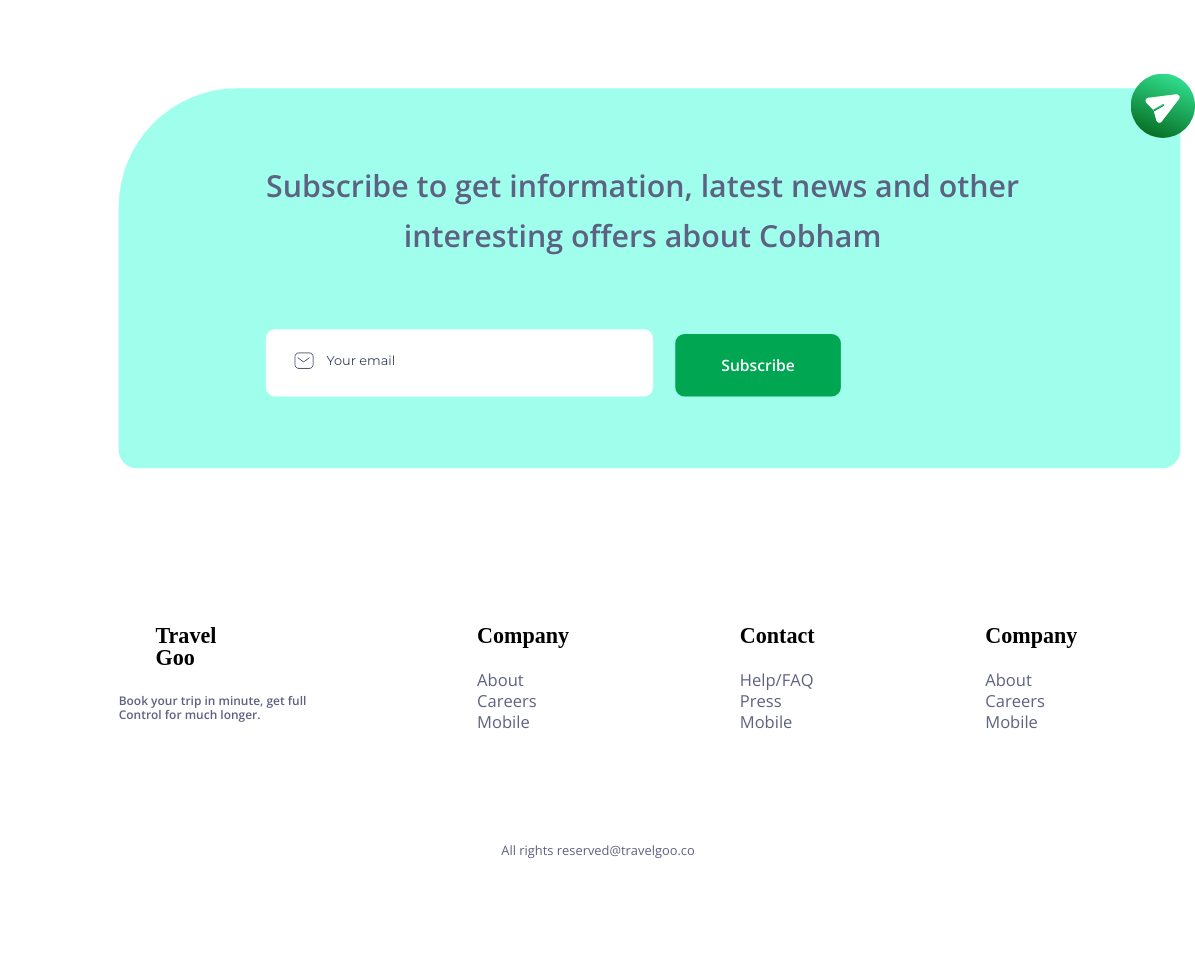
Repository: HeybetzadeQedim/task-5
Page: index.html
These files come from the project's save history. The page is drawn as it stood at one moment and after a run of saves; the edit follows.
The browser window is 1280 px wide. The page is 1299 px wide, so the pictures cover 1299 px, including what lies to the right of the window. The pictures show the whole page, at 92% of full size.
Some web fonts or font styles are not loaded; a fallback is used.

Above is the page before, as saved 2023-10-16 16:00:39.

After the next 2 saves:
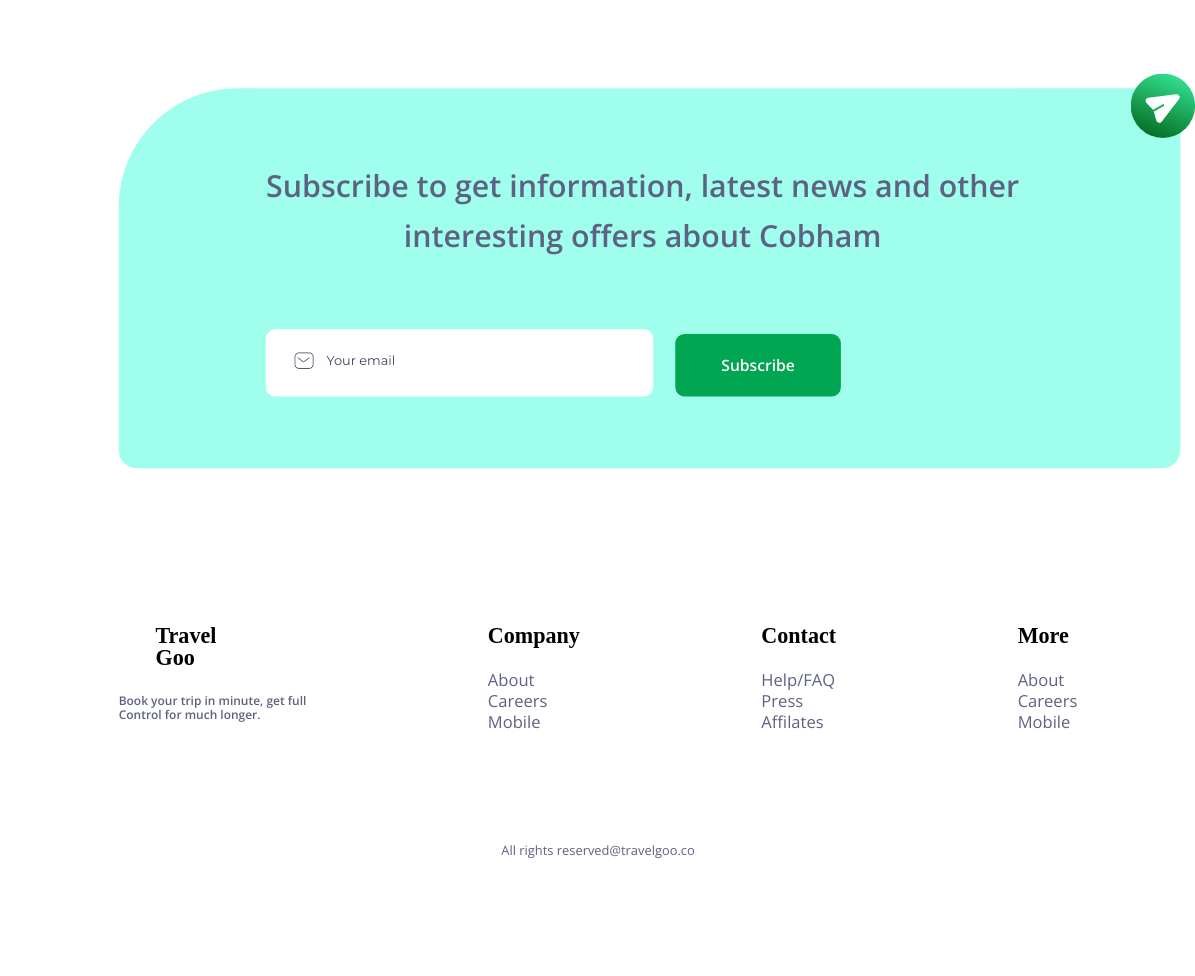
The 2 saves are shown as one change because they came seconds apart.
The last was saved 26 s later.
--- a/index.html
+++ b/index.html
@@ -55,10 +55,10 @@
                 <h2>Contact</h2>
               <li>Help/FAQ</li>
               <li>Press</li>
-              <li>Mobile</li>
+              <li>Affilates</li>
             </ul>
             <ul>
-                <h2>Company</h2>
+                <h2>More</h2>
               <li>About</li>
               <li>Careers</li>
               <li>Mobile</li>
